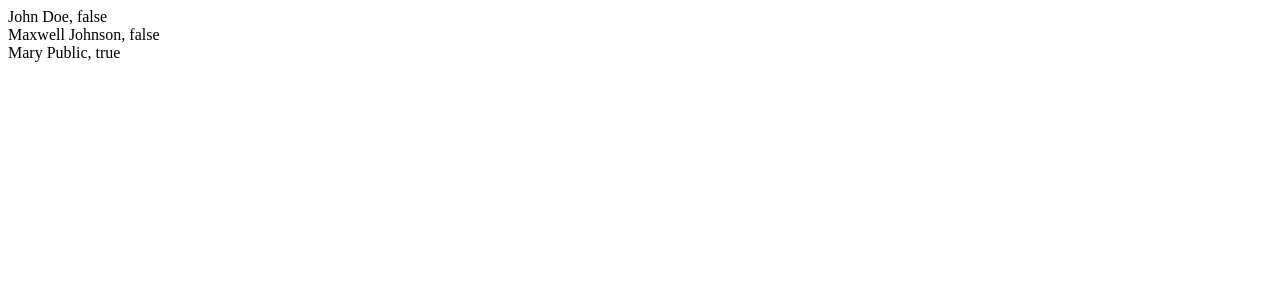
Repository: romuloabbiati/jsp-for-beginners
Page: http://localhost/tagdemo/foreach-student-test.jsp
These files come from the project's save history. The page is drawn as it stood at one moment and after the next save; the edit follows.
The browser window is 1280 px wide. The pictures show the whole page.
The page is served by Tomcat 9. Other server files are loaded and not shown.

Above is the page before, as saved 2023-02-21 08:26:25.

### tagdemo/WebContent/foreach-student-test.jsp
<%@ taglib uri="http://java.sun.com/jsp/jstl/core" prefix="c" %>

<%@ page import="java.util.*, com.luv2code.jsp.tagdemo.Student" %>

<%
	List<Student> data = new ArrayList<>();

	data.add(new Student("John", "Doe", false));
	data.add(new Student("Maxwell", "Johnson", false));
	data.add(new Student("Mary", "Public", true));

	pageContext.setAttribute("myStudents", data);
%>

<html>

	<body>

		<c:forEach var="tempStudent" items="${myStudents}">

			${tempStudent.firstName} ${tempStudent.lastName}, ${tempStudent.goldCustomer} <br/>

		</c:forEach>

	</body>

</html>

### tagdemo/src/com/luv2code/jsp/tagdemo/Student.java
package com.luv2code.jsp.tagdemo;

public class Student {

	private String firstName;
	private String lastName;
	private boolean goldCustomer;

	public Student(String firstName, String lastName, boolean goldCustomer) {
		super();
		this.firstName = firstName;
		this.lastName = lastName;
		this.goldCustomer = goldCustomer;
	}

	public String getFirstName() {
		return firstName;
	}

	public void setFirstName(String firstName) {
		this.firstName = firstName;
	}

	public String getLastName() {
		return lastName;
	}

	public void setLastName(String lastName) {
		this.lastName = lastName;
	}

	public boolean isGoldCustomer() {
		return goldCustomer;
	}

	public void setGoldCustomer(boolean goldCustomer) {
		this.goldCustomer = goldCustomer;
	}

}

After the next save:
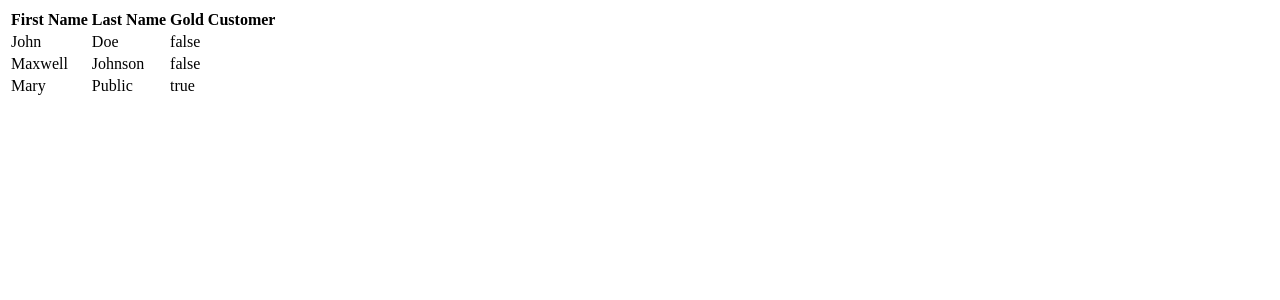
Saved 9 min 8 s later.
--- a/tagdemo/WebContent/foreach-student-test.jsp
+++ b/tagdemo/WebContent/foreach-student-test.jsp
@@ -16,11 +16,21 @@
 
 	<body>
 
-		<c:forEach var="tempStudent" items="${myStudents}">
+		<table>
+			<tr>
+				<th>First Name</th>
+				<th>Last Name</th>
+				<th>Gold Customer</th>
+			</tr>
 
-			${tempStudent.firstName} ${tempStudent.lastName}, ${tempStudent.goldCustomer} <br/>
-
-		</c:forEach>
+			<c:forEach var="tempStudent" items="${myStudents}">
+				<tr>
+					<td>${tempStudent.firstName}</td>
+					<td>${tempStudent.lastName}</td>
+					<td>${tempStudent.goldCustomer}</td>
+				</tr>
+			</c:forEach>
+		</table>
 
 	</body>
 
